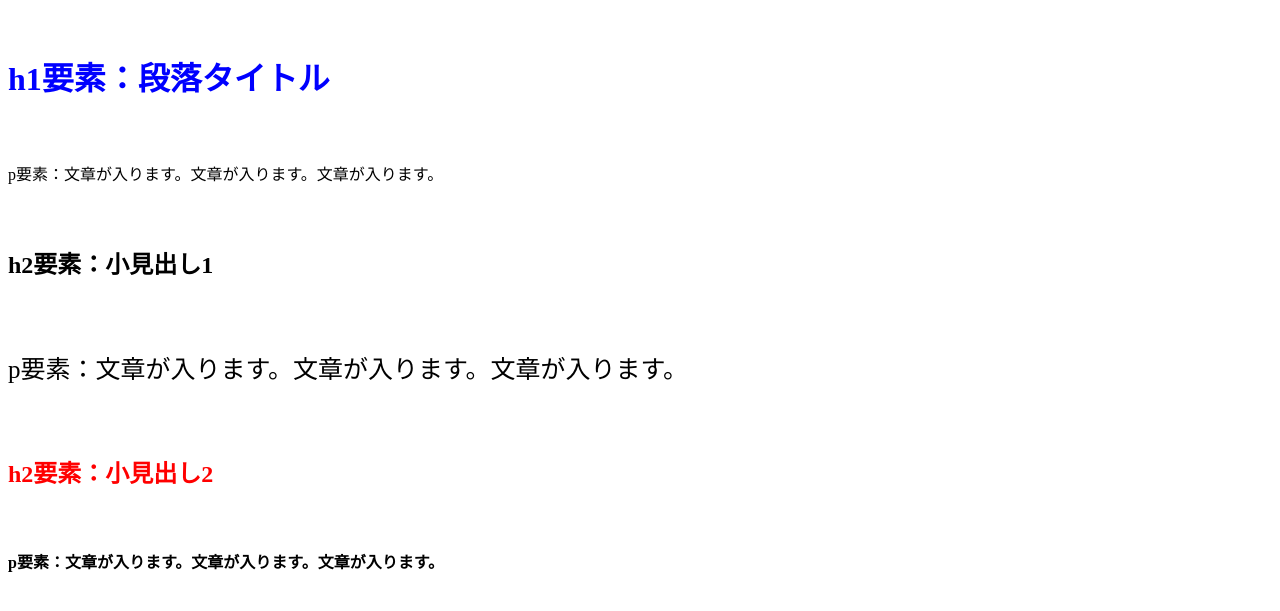
Repository: YN-program/samurai_HTML-CSS
Page: Index.html
The author's editor kept a record of every edit. The page is drawn from the files as they stood at one moment, then again after the next edit.
The browser window is 1280 px wide. The pictures show the whole page.

Above is the page before.

### Index.html
<!DOCTYPE html>
<html lang="ja">
　<head>
   　<meta charset="utf-8">
   　<title>HTML/CSSの学習</title>
   　<style>#red {color: red;}.blue {color: blue;}</style>
　</head>
　<body>
　  <h1 class="blue">h1要素：段落タイトル</h1>
　  <p>p要素：文章が入ります。文章が入ります。文章が入ります。</p>
  　<h2>h2要素：小見出し1</h2>
  　<p style="font-size: 25px;">p要素：文章が入ります。文章が入ります。文章が入ります。</p>
  　<h2 id="red">h2要素：小見出し2</h2>
  　<p style="font-weight: bold;">p要素：文章が入ります。文章が入ります。文章が入ります。</p>
  </body>
</html>

### stylesheet.css
@charset "utf-8";

body {
	margin: 0;
	padding: 0;
	font-family: "ヒラギノ角ゴ Pro W3", "Hiragino Kaku Gothic Pro", "メイリオ", Meiryo, Osaka, "ＭＳ Ｐゴシック", "MS PGothic", sans-serif;
	color: #333;
	font-size: 13px;
	line-height: 150%;
}

/* -------------------- wrapper -------------------- */
#wrapper {
    width: 100%;
    margin: auto;
    padding: 0px;
    border: 0px;
    background-color: #FFF;
    top: 10px;
    position: relative;
}

/* -------------------- header -------------------- */
#header {
	width: 100%;
}
#header h1 {
	margin: 0;
	padding: 0;
}

#corridor {
	width: 100%;
	height: auto;
}

/* -------------------- footer -------------------- */
#footer {
	clear: both;
	width: 100%;
	padding: 3px 0 3px 0;
	background: #39F;
	color: #FFF;
	font-weight: bold;
	text-align: center;
}

/* -------------------- nav -------------------- */
#nav {
	width: 100%;
}
#nav ul {
    display: flex;
	margin: 0;
	padding: 0;
	list-style-type: none;
}
#nav ul li {
	width: 20%;
	text-align: center;
}
#nav ul li a {
	display: block;
	height: 20px;
	margin: 0;
	padding: 10px;
	color: #FFF;
	font-size: 20px;
	text-decoration: none;
	background-color: green;
}

#nav ul li a:hover {
    filter: drop-shadow(10px 10px 10px black);
}

/* ------- container -------*/
#container {
    width: 100%;
    margin: auto;
    padding: auto;
    padding-top: 20px;
    clear: both;
    display: grid;
    grid-template-columns: 70vw 30vw;
}
/* ------- main ---------*/
#main {
    width: 95%;
    padding: 10px 30px 10px 10px;
}
#main h2 {
    margin: 0 0 10px 0;
    padding: 3px 10px 3px 10px;
    color: #FFF;
    font-size: 16px;
    border-left: solid 10px #C00;
    background: #F90 url(../images/main_h2.jpg) right top repeat-y;
}
#main p {
    margin: 0;
    padding: 0;
}

#main .post {
    margin: 0 0 30px 0;
}

#main .post img.right {
    margin: 0 0 0 8px;
}

#main .post img.left {
    margin: 0 8px 0 0;
}

.right {
    float: right;
    width: 40%;
    height: auto;
}
.left {
    float: left;
    width: 40%;
    height: auto;
}

/* ---------clearfix-------------*/
.clearfix {
    zoom: 1;
}
.clearfix:after{
    content: "";
    display: block;
    clear: both;
}

/*-----------side---------------*/
#side {
    width: 85%;
    padding: 20px;
    background-color: #F99;
}
#side .box {
    margin: 0 auto 30px auto;
    padding: 0 0 20px 0;
    background: url(images/side_box.png) bottom no-repeat;
}
#side .box h2{
    margin: 0;
    padding: 8px;
    text-align: center;
    color: #fff;
    font-size: 16px;
    line-height: 16px;
    font-weight: normal;
    background: url(images/side_box_h2.png) center no-repeat;
}
#side .box .boxBody {
    padding: 8px;
    border-right: solid 1px #C36;
    border-bottom: solid 1px #C36;
    border-left: solid 1px #C36;
    background: #fff;
}
#side .box .boxBody ul li {
    padding: 8px 0 8px 4px;
    list-style: none;
    border-bottom: solid 1px #C36;
}

#side .box .boxBody ul li:hover {
    padding: 8px 0 8px 4px;
    list-style: none;
    border-bottom: solid 1px #C36;
    box-shadow: 0px 4px 4px rgba(0, 0, 0, 0.3);
}

After the next edit:
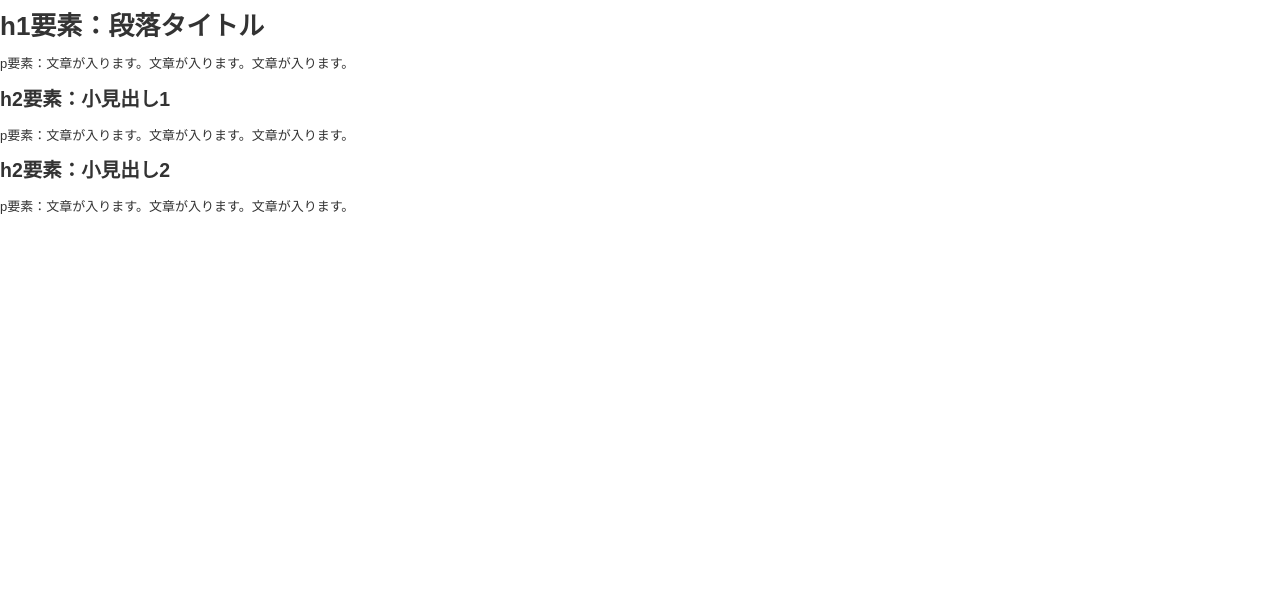
The edit:
--- a/Index.html
+++ b/Index.html
@@ -1,16 +1,20 @@
 <!DOCTYPE html>
 <html lang="ja">
-　<head>
-   　<meta charset="utf-8">
-   　<title>HTML/CSSの学習</title>
-   　<style>#red {color: red;}.blue {color: blue;}</style>
-　</head>
-　<body>
-　  <h1 class="blue">h1要素：段落タイトル</h1>
-　  <p>p要素：文章が入ります。文章が入ります。文章が入ります。</p>
-  　<h2>h2要素：小見出し1</h2>
-  　<p style="font-size: 25px;">p要素：文章が入ります。文章が入ります。文章が入ります。</p>
-  　<h2 id="red">h2要素：小見出し2</h2>
-  　<p style="font-weight: bold;">p要素：文章が入ります。文章が入ります。文章が入ります。</p>
+  <head>
+    <meta charset="UTF-8">
+    <title>HTML/CSSの学習</title>
+    <link rel="stylesheet" href="stylesheet.css">
+  </head>
+  <body>
+    <h1 class="blue">h1要素：段落タイトル</h1>
+    <p>p要素：文章が入ります。文章が入ります。文章が入ります。</p>
+    <h2 class="blue">h2要素：小見出し1</h2>
+    <p class="fs-25">
+      p要素：文章が入ります。文章が入ります。文章が入ります。
+    </p>
+    <h2 id="red">h2要素：小見出し2</h2>
+    <p class="fw-bold">
+      p要素：文章が入ります。文章が入ります。文章が入ります。
+    </p>
   </body>
-</html>
+ </html>
